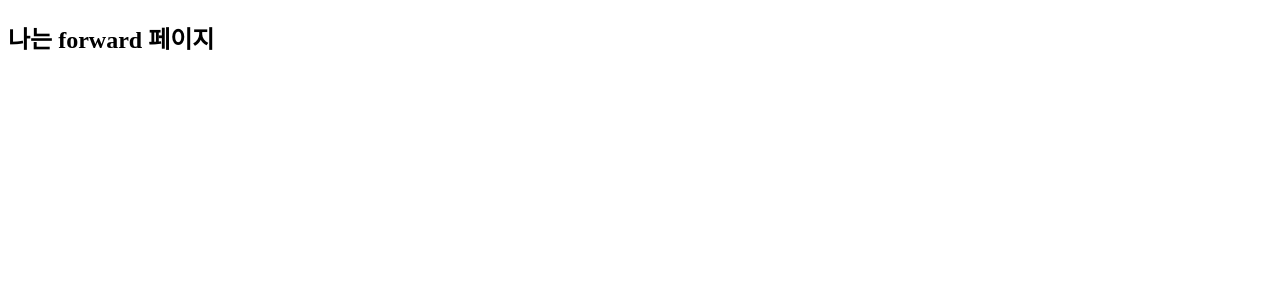
Repository: junirang330/Jsp2026
Page: http://localhost/chapter01/Request/RequestForward.jsp
An editor plug-in stored every save of this project. The page is shown before and after the next save, followed by the edit.
The browser window is 1280 px wide. The pictures show the whole page.
The page is served by Tomcat 9.

Above is the page before, as saved 2026-10-19 06:14:30.

After the next save:
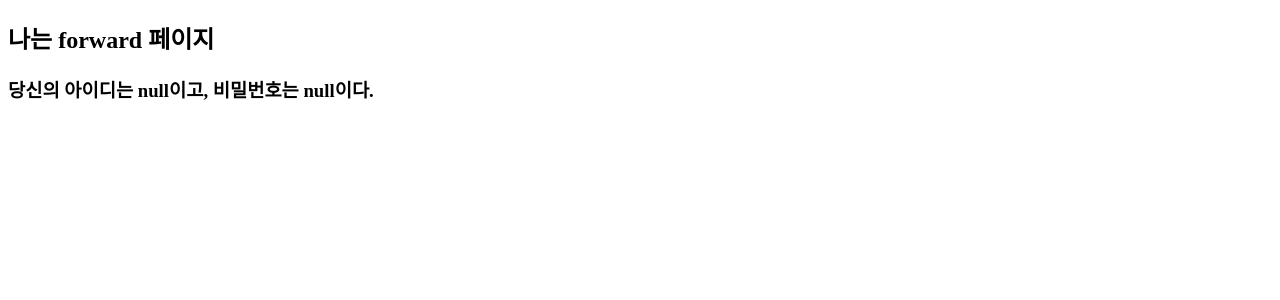
Saved 2 min 6 s later.
--- a/chapter01/src/main/webapp/Request/RequestForward.jsp
+++ b/chapter01/src/main/webapp/Request/RequestForward.jsp
@@ -8,5 +8,11 @@
 </head>
 <body>
 	<h2>나는 forward 페이지</h2>
+	<%
+		request.setCharacterEncoding("utf-8");
+		String id = request.getParameter("id");
+		String pass = request.getParameter("pass");
+	%>
+	<h3>당신의 아이디는 <%= id %>이고, 비밀번호는 <%= pass %>이다.</h3>
 </body>
 </html>
